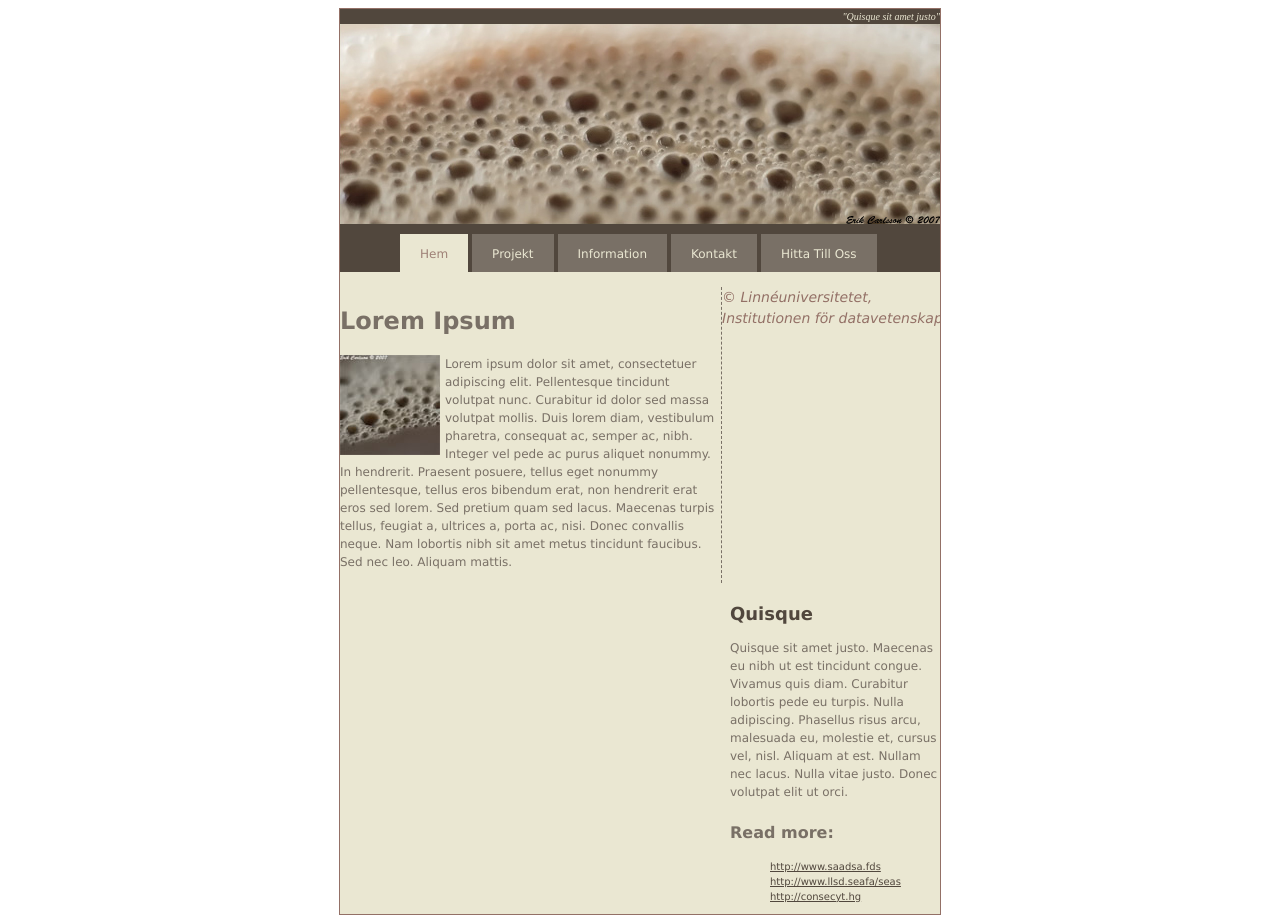
Repository: mh223ja/1ik415-js223mi-Uppgift-3-3
Page: index.html
The author's editor kept a record of every edit. The page is drawn from the files as they stood at one moment, then again after the next edit.
The browser window is 1280 px wide. The pictures show the whole page.

Above is the page before.

### index.html
<!doctype html>
<html lang="sv">

<head>
	<meta charset="utf-8" />
	<title>Lorem Ipsum</title>

	<link rel="stylesheet" href="css/basic.css" />
</head>

<body>

	<div id="container">
		<div id="topbar">
			"Quisque sit amet justo"
		</div>

		<div id="menu">

			<a href="#maincontent">Skip navigation</a>

			<ul>
				<li class="active"><a href="#">hem</a></li>
				<li><a href="#">projekt</a></li>
				<li><a href="#">information</a></li>
				<li><a href="#">kontakt</a></li>
				<li><a href="#">hitta till oss</a></li>
			</ul>
		</div>
		<div id="content">
			<div id="maincontent">
				<h1>Lorem Ipsum</h1>

				<img src="pics/info.jpg" alt="Bubblande kaffe" />
				<p>Lorem ipsum dolor sit amet, consectetuer adipiscing elit. Pellentesque tincidunt volutpat nunc. Curabitur id dolor sed massa volutpat mollis. Duis lorem diam, vestibulum pharetra, consequat ac, semper ac, nibh. Integer vel pede ac purus aliquet nonummy. In hendrerit. Praesent posuere, tellus eget nonummy pellentesque, tellus eros bibendum erat, non hendrerit erat eros sed lorem. Sed pretium quam sed lacus. Maecenas turpis tellus, feugiat a, ultrices a, porta ac, nisi. Donec convallis neque. Nam lobortis nibh sit amet metus tincidunt faucibus. Sed nec leo. Aliquam mattis.</p>
			</div>

			<div id="subcontent">

				<h1>Quisque</h1>
				<p>Quisque sit amet justo. Maecenas eu nibh ut est tincidunt congue. Vivamus quis diam. Curabitur lobortis pede eu turpis. Nulla adipiscing. Phasellus risus arcu, malesuada eu, molestie et, cursus vel, nisl. Aliquam at est. Nullam nec lacus. Nulla vitae justo. Donec volutpat elit ut orci.</p>

				<h2>Read more:</h2>
					<ul>
						<li><a href="#">http://www.saadsa.fds</a></li>
						<li><a href="#">http://www.llsd.seafa/seas</a></li>
						<li><a href="#">http://consecyt.hg</a></li>
					</ul>

			</div>
			<div id="bottomcontent">&copy; Linnéuniversitetet, Institutionen för datavetenskap</div>
		</div>
	</div>
</body>
</html>

### css/basic.css
/* Denna fil får du editera för att lösa uppgiften. Du får INTE ändra i html-filen. */



#container{
	width: 600px;
	margin: auto;
	border: 1px;
	border-style: solid;
	border-color: #937066;

}
#topbar{
	background-color: #51473d;
	text-align: right;
	color: #eae7d2;
	font-size: 10px;
	padding: 2px 0;
	font-style: italic;
	width: 600px;
	height: auto;
	font: Verdana;


}
#menu{
	background-image: url('pics/coffey.jpg');
	background-repeat: no-repeat;
	background-color: #51473d;
	height: 248px;
}
#content{
	background-color: #eae7d2;
	padding-top: 15px;
	font-family: Verdana, Times New Roman;
	font-size: 12px;
	color: #797066;
	line-height: 1.5;
	overflow: auto;
}
#maincontent{
	width: 63%;
	padding-right: 0.5%;
	border-right: dashed 1px;
	float: left;
	background-color: #EAE7D2;
	margin-left: 0;
}

#subcontent{
	width: 35%;
	margin-left: 65%;
           padding-top: 5px;
           margin-right:0;
           float: left;
           background-color: #EAE7D2;
           font-size: 10px;

}

#bottomcontent{
	font-style : italic;
	width: 600px;
	margin-bottom: 10px;
	color: #937066;
	font-size: 14px;
	margin-left: 20px;
}
#maincontent img {
	float: left;
	margin-right: 5px;
}
#subcontent ul {
	list-style: none;


}
#subcontent h1 {
	font-size: 18px;
	color: #51473d;
}
#subcontent h2 {
	font-size: 16px;
	margin-top: 20px;
}
#subcontent p {
	font-size: 12px;
}
#subcontent a {
	color: #51473d;
}
#subcontent a:visited{
	color: #51473d;
}
#menu ul {
	display: inline-block;
	margin-top: 210px;
	margin-left: 20px;
}
#menu li {
	display: inline-block;
	background-color: #797066;
	padding: 10px 20px;
}
#menu a {
	color: #eae7d2;
	text-transform:  capitalize;
	text-decoration: none;
	font-size: 12px;
	font-family: Verdana;
	display: none;
}
#menu li:hover{
	background-color: #9c9084;
}
#menu li a {
	display: inline;
}
.active{
	background-color: #eae7d2 !important;

}
.active a{
	color: #9e8076 !important;

}

After the next edit:
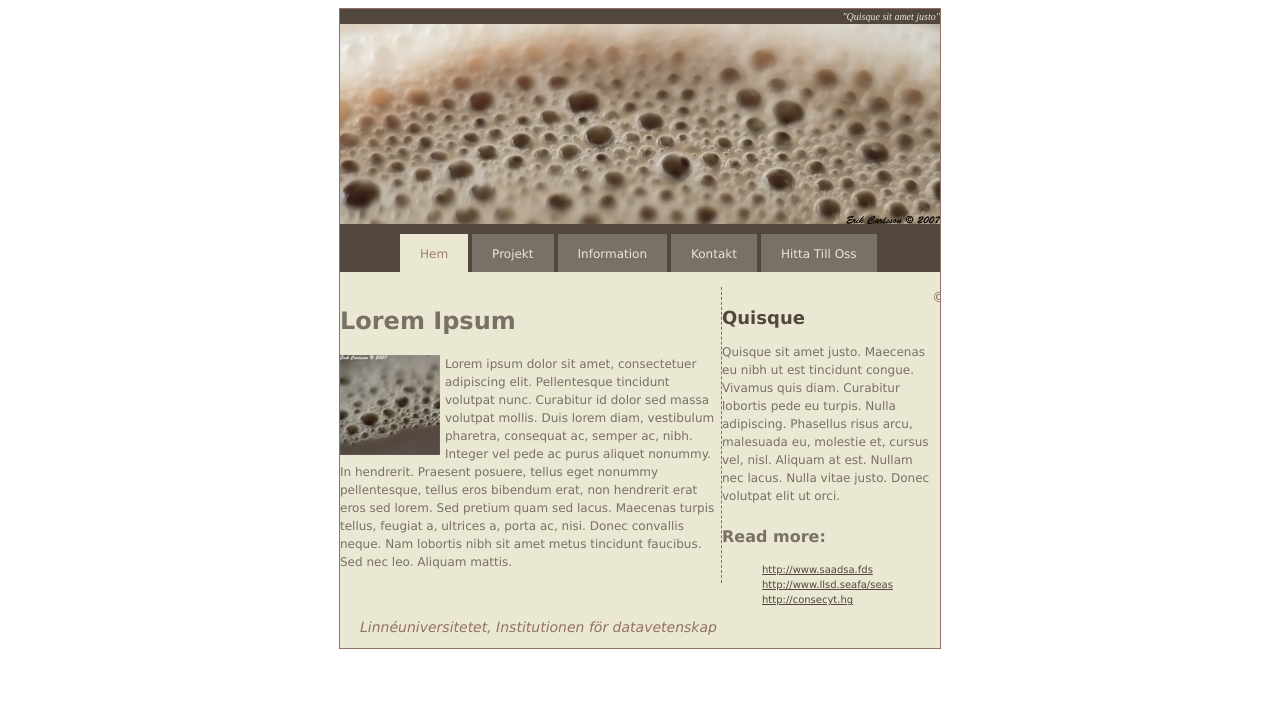
The edit:
--- a/css/basic.css
+++ b/css/basic.css
@@ -49,7 +49,6 @@
 
 #subcontent{
 	width: 35%;
-	margin-left: 65%;
            padding-top: 5px;
            margin-right:0;
            float: left;
